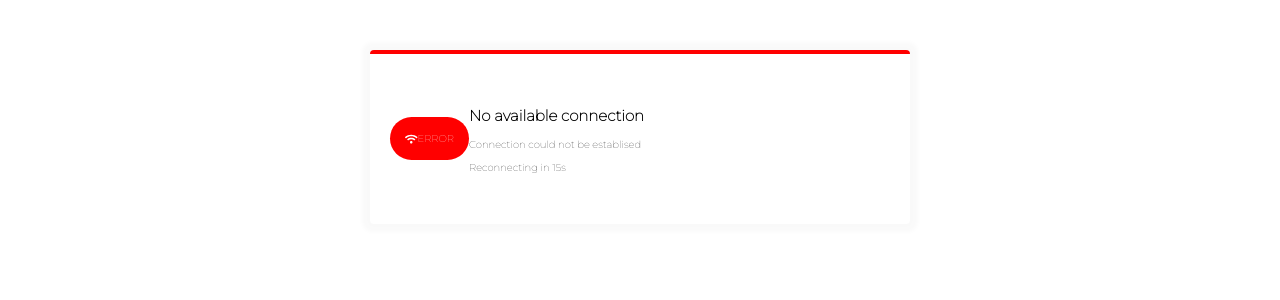
Repository: duongtln/tricks-tips
Page: variable_in_css/index.html
The author's editor kept a copy of each file at every save. The page is drawn from the files as they stood at one save, then again after the next save.
The browser window is 1280 px wide. The pictures show the whole page.
Some web libraries are served in a nearby version.

Above is the page before, as saved 2021-08-09 22:38:13.

### variable_in_css/index.html
<!DOCTYPE html>
<html lang="en">

<head>
    <meta charset="UTF-8">
    <meta http-equiv="X-UA-Compatible" content="IE=edge">
    <meta name="viewport" content="width=device-width, initial-scale=1.0">
    <title>Variable in CSS</title>
    <link rel="stylesheet" href="https://cdnjs.cloudflare.com/ajax/libs/font-awesome/5.12.1/css/all.min.css">
    <link rel="preconnect" href="https://fonts.googleapis.com">
    <link rel="preconnect" href="https://fonts.gstatic.com" crossorigin>
    <link href="https://fonts.googleapis.com/css2?family=Montserrat:wght@100&display=swap" rel="stylesheet">
    <link rel="stylesheet" href="style.css">
</head>

<body>
    <div class="error-message">
        <div class="error-icon">
            <i class="fa fa-wifi"></i>
            Error
        </div>
        <div class="error-content">
            <h2 class="error-title">No available connection</h2>
            <p class="error-notice">Connection could not be establised</p>
            <p class="error-reconnect">Reconnecting in 15s</p>
        </div>
    </div>

    <script src="https://cdnjs.cloudflare.com/ajax/libs/font-awesome/5.12.1/js/all.min.js"></script>
</body>

</html>

### variable_in_css/style.css
html {
    font-size: 62.5%;
}

body {
    font-family: "Montserrat", sans-serif;
}
.error-message{
    width: 50rem;
    background-color: #fff;
    border-radius: 4px;
    display: flex;
    align-items: center;
    margin: 5rem auto;
    border-top: 4px solid red;
    padding: 4rem 2rem;
    box-shadow: 0 0 4px 8px rgba(0, 0, 0, 0.025);
}
.error-icon{
    color: #fff;
    display: flex;
    align-items: center;
    text-transform: uppercase;
    padding: 1.5rem;
    border-radius: 5rem;
    background-color: red;
}
.fa{

}
.fa-wifi{

}
.error-content{

}
.error-title{

}
.error-notice{

}
.error-reconnect{

}
.fa.fa-wifi{

}

After the next save:
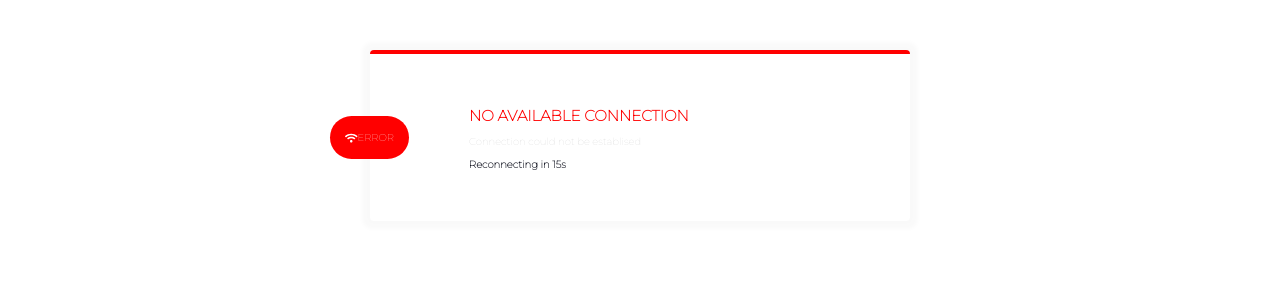
Saved 3 min 0 s later.
--- a/variable_in_css/style.css
+++ b/variable_in_css/style.css
@@ -5,7 +5,8 @@ html {
 body {
     font-family: "Montserrat", sans-serif;
 }
-.error-message{
+
+.error-message {
     width: 50rem;
     background-color: #fff;
     border-radius: 4px;
@@ -16,7 +17,8 @@ body {
     padding: 4rem 2rem;
     box-shadow: 0 0 4px 8px rgba(0, 0, 0, 0.025);
 }
-.error-icon{
+
+.error-icon {
     color: #fff;
     display: flex;
     align-items: center;
@@ -24,25 +26,27 @@ body {
     padding: 1.5rem;
     border-radius: 5rem;
     background-color: red;
+    position: relative;
+    left: -6rem;
 }
-.fa{
 
+.error-icon i {
+    margin-right: 2rem;
 }
-.fa-wifi{
 
+.error-title {
+    text-transform: uppercase;
+    font-style: 1.6rem;
+    color: red;
+    margin-bottom: 1rem;
+    font-weight: bold;
 }
-.error-content{
 
+.error-notice {
+    color: #ccc;
 }
-.error-title{
 
+.error-reconnect {
+    font-weight: bold;
+    color: #1a1c28;
 }
-.error-notice{
-
-}
-.error-reconnect{
-
-}
-.fa.fa-wifi{
-
-}
